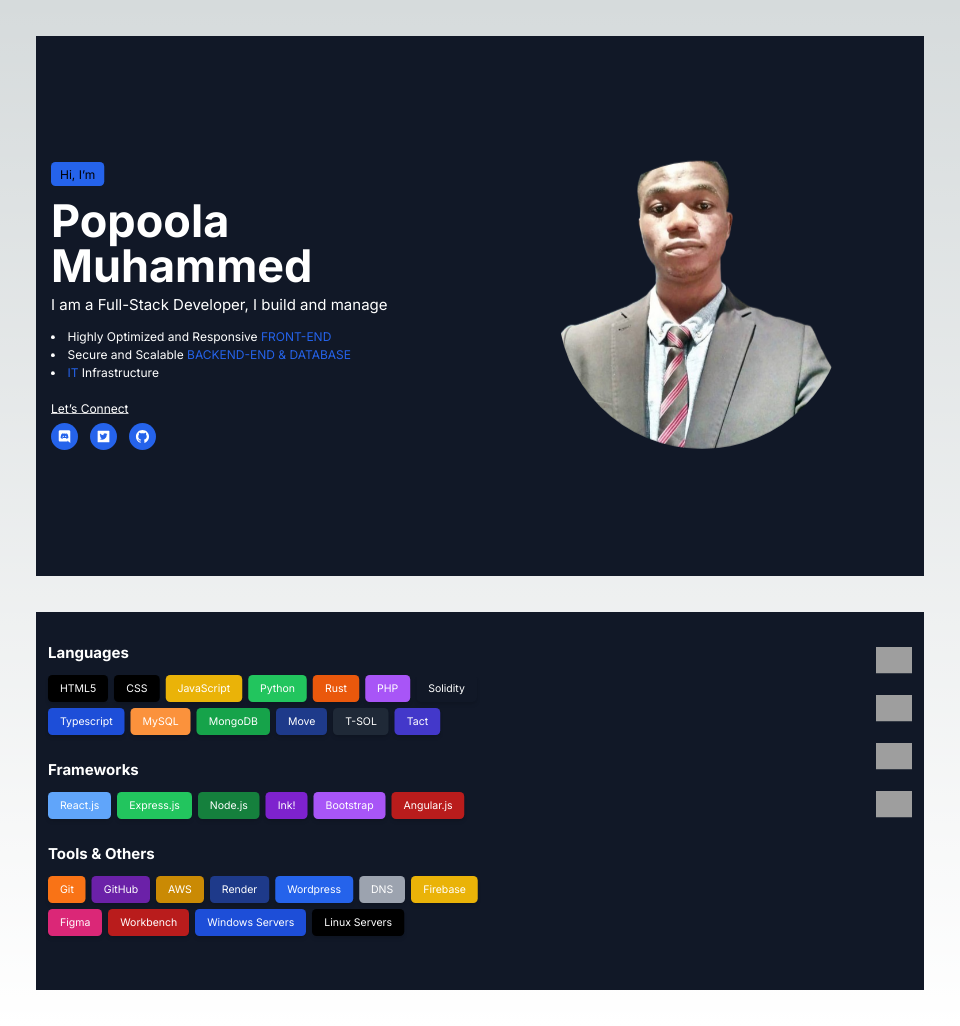
Repository: muhammedctgr/hammedctgr
Page: /
These files come from the project's save history. The page is drawn as it stood at one moment and after a run of saves; the edit follows.
The browser window is 1280 px wide. The pictures show the whole page, at 75% of full size.
Pictures or frames that could not be fetched are drawn as grey boxes. The project was rebuilt for these pictures with package versions that can differ from the ones it lists, and the page was loaded fresh each time. The framework's server and built-in components were replaced by stand-ins that run in the browser. Also part of the build but not shown: next.config.mjs.

Above is the page before, as saved 2024-07-31 12:08:30.

### app/layout.tsx
import type { Metadata } from "next";
import { Inter } from "next/font/google";
import "./globals.css";

const inter = Inter({ subsets: ["latin"] });

export const metadata: Metadata = {
  title: "Popoola Muhammed",
  description: "Generated by create next app",
};

export default function RootLayout({
  children,
}: Readonly<{
  children: React.ReactNode;
}>) {
  return (
    <html lang="en">
      <body className={inter.className}>{children}</body>
    </html>
  );
}

### app/page.tsx
import Head from 'next/head';
import Hero from '../components/Hero';
import SkillsSection from '@/components/SkillsSection';


const Home = () => (
  <div>
    <Head>
      <title>Popoola Muhammed</title>
      <meta name="description" content="Welcome to my developer portfolio" />
    </Head>

    <Hero />
    <SkillsSection />
  </div>
);

export default Home;

### app/globals.css
@tailwind base;
@tailwind components;
@tailwind utilities;

:root {
  --foreground-rgb: 0, 0, 0;
  --background-start-rgb: 214, 219, 220;
  --background-end-rgb: 255, 255, 255;
}

@media (prefers-color-scheme: dark) {
  :root {
    --foreground-rgb: 255, 255, 255;
    --background-start-rgb: 0, 0, 0;
    --background-end-rgb: 0, 0, 0;
  }
}

body {
  color: rgb(var(--foreground-rgb));
  background: linear-gradient(
      to bottom,
      transparent,
      rgb(var(--background-end-rgb))
    )
    rgb(var(--background-start-rgb));
}

@layer utilities {
  .text-balance {
    text-wrap: balance;
  }
}


@keyframes upDown {
  0%, 100% {
    transform: translateY(0);
  }
  50% {
    transform: translateY(-10px); /* Adjust the value as needed */
  }
}

.animate-upDown {
  animation: upDown 2s infinite ease-in-out; /* Adjust duration as needed */
}

### components/Hero.tsx
import Image from 'next/image';
import profilePic from '../public/profile.png';
import { AiFillDiscord, AiFillGithub, AiFillTwitterSquare, AiFillX } from 'react-icons/ai';

const Hero = () => {
  return (
    <section className="bg-gray-900 m-12 text-white min-h-screen flex items-center">
      <div className="container mx-auto flex flex-col md:flex-row items-center">
        <div className="flex-1 text-center md:text-left p-5">
          <div className="inline-block bg-blue-600 text-black py-1 px-3 mb-4 rounded-md">
            Hi, I’m
          </div>
          <h1 className="text-4xl md:text-6xl font-bold">Popoola Muhammed</h1>
          <p className="mt-2 text-lg md:text-xl">I am a Full-Stack Developer, I build and manage</p>
          <ul className="mt-4 list-disc list-inside">
            <li>Highly Optimized and Responsive <span className="text-blue-600">FRONT-END</span></li>
            <li>Secure and Scalable <span className="text-blue-600">BACKEND-END & DATABASE</span></li>
            <li><span className="text-blue-600">IT</span> Infrastructure</li>
          </ul>
          <div className="mt-6">
            <a href="#contact" className=" underline">Let’s Connect</a>
            <div className="mt-2 flex justify-center md:justify-start space-x-4">
              <a href="#" className="bg-blue-600 p-2 rounded-full">
                <AiFillDiscord size={20} />
              </a>
              <a href="#" className="bg-blue-600 p-2 rounded-full">
                <AiFillTwitterSquare size={20} />
              </a>
              <a href="#" className="bg-blue-600 p-2 rounded-full">
                <AiFillGithub size={20} />
              </a>
            </div>
          </div>
        </div>
        <div className="flex-1 p-5">
          <div className="relative w-48 h-48 mx-auto md:w-72 md:h-72 lg:w-96 lg:h-96">
            <Image src={profilePic} alt="Popoola Muhammed" layout="fill" className="rounded-full object-cover animate-upDown" />
          </div>
        </div>
      </div>
    </section>
  );
};

export default Hero;

### components/SkillsSection.tsx
import Image from 'next/image';
import { FC } from 'react';

interface SkillCategory {
  title: string;
  skills: { name: string; color: string; }[];
}

const skills: SkillCategory[] = [
  {
    title: "Languages",
    skills: [
      { name: "HTML5", color: "bg-black" },
      { name: "CSS", color: "bg-black"},
      { name: "JavaScript", color: "bg-yellow-500" },
      { name: "Python", color: "bg-green-500" },
      { name: "Rust", color: "bg-orange-600" },
      { name: "PHP", color: "bg-purple-500" },
      { name: "Solidity", color: "bg-black-500" },
      { name: "Typescript", color: "bg-blue-700" },
      { name: "MySQL", color: "bg-orange-400" },
      { name: "MongoDB", color: "bg-green-600" },
      { name: "Move", color: "bg-blue-900" },
      { name: "T-SOL", color: "bg-gray-800" },
      { name: "Tact", color: "bg-indigo-700" },
    ],
  },
  {
    title: "Frameworks",
    skills: [
      { name: "React.js", color: "bg-blue-400" },
      { name: "Express.js", color: "bg-green-500" },
      { name: "Node.js", color: "bg-green-700" },
      { name: "Ink!", color: "bg-purple-700" },
      { name: "Bootstrap", color: "bg-purple-500" },
      { name: "Angular.js", color: "bg-red-700" },
    ],
  },
  {
    title: "Tools & Others",
    skills: [
      { name: "Git", color: "bg-orange-500" },
      { name: "GitHub", color: "bg-purple-800" },
      { name: "AWS", color: "bg-yellow-600" },
      { name: "Render", color: "bg-blue-900" },
      { name: "Wordpress", color: "bg-blue-600" },
      { name: "DNS", color: "bg-gray-400" },
      { name: "Firebase", color: "bg-yellow-500" },
      { name: "Figma", color: "bg-pink-600" },
      { name: "Workbench", color: "bg-red-700" },
      { name: "Windows Servers", color: "bg-blue-700" },
      { name: "Linux Servers", color: "bg-black" },
    ],
  },
];

const icons = [
  "/icons/html5.svg", // Replace with your icon paths
  "/icons/css3.svg",
  "/icons/javascript.svg",
  "/icons/python.svg",
  // Add the rest of the icons as needed
];

const SkillsSection: FC = () => {
  return (
    <section className="py-10 m-12 bg-gray-900 text-white">
      <div className="container mx-auto px-4 flex flex-col md:flex-row">
        <div className="flex-1">
          {skills.map((category) => (
            <div key={category.title} className="mb-8">
              <h2 className="text-xl font-bold mb-4">{category.title}</h2>
              <div className="flex flex-wrap gap-2">
                {category.skills.map((skill) => (
                  <span
                    key={skill.name}
                    className={`px-4 py-2 rounded-md text-sm ${skill.color} shadow-md`}
                  >
                    {skill.name}
                  </span>
                ))}
              </div>
            </div>
          ))}
        </div>
        <div className="flex-1 flex flex-col items-center md:items-end">
          <div className="grid grid-cols-3 md:grid-cols-1 gap-4">
            {icons.map((src, index) => (
              <div key={index} className="w-12 h-12 relative">
                <Image src={src} alt={`icon-${index}`} layout="fill" objectFit="contain" />
              </div>
            ))}
          </div>
        </div>
      </div>
    </section>
  );
};

export default SkillsSection;

Loaded but not shown: tailwind.config.ts (common file)

After the next 2 saves:
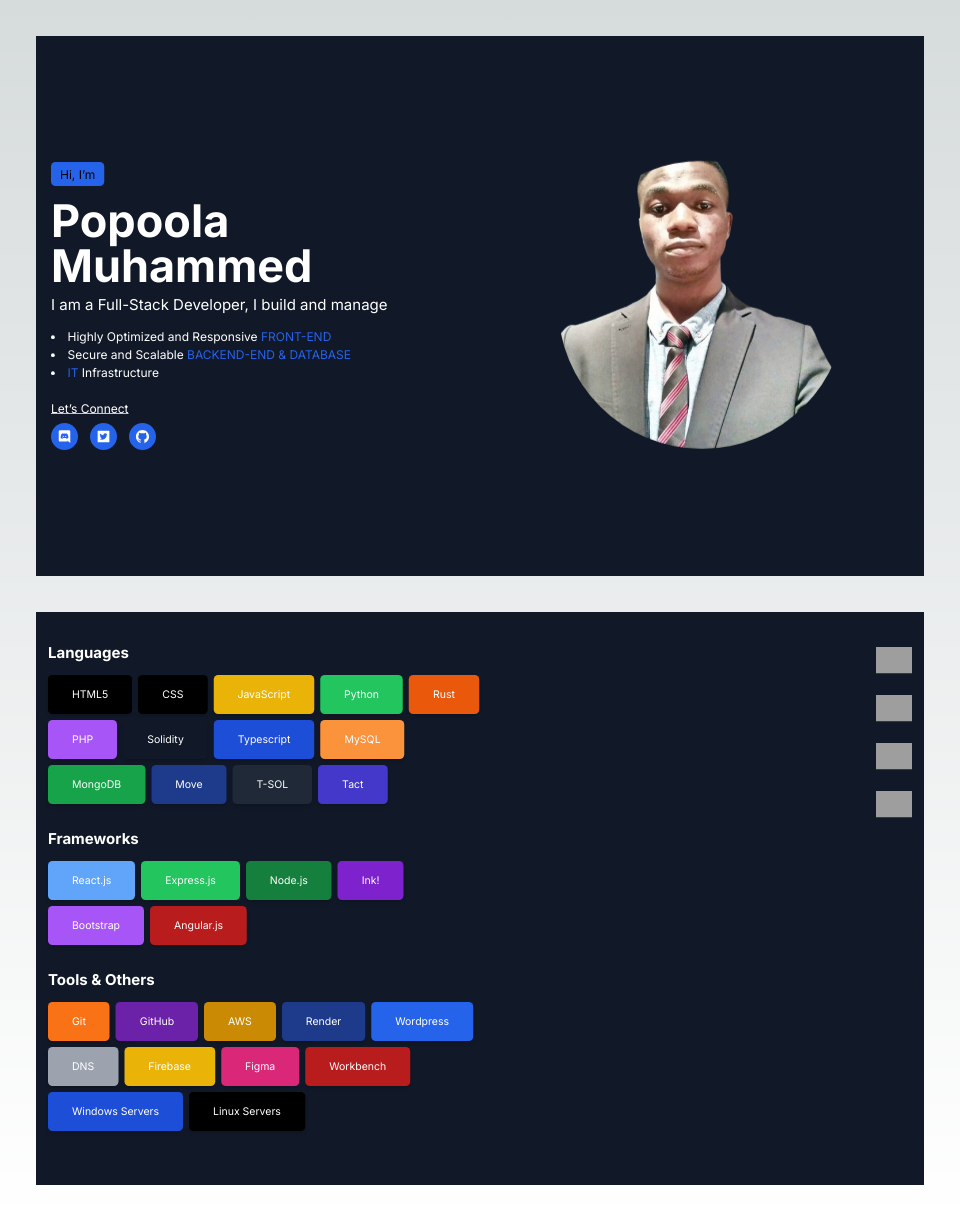
The 2 saves are shown as one change because they came seconds apart.
The last was saved 53 s later.
--- a/components/SkillsSection.tsx
+++ b/components/SkillsSection.tsx
@@ -74,7 +74,7 @@ const SkillsSection: FC = () => {
                 {category.skills.map((skill) => (
                   <span
                     key={skill.name}
-                    className={`px-4 py-2 rounded-md text-sm ${skill.color} shadow-md`}
+                    className={`px-8 py-4 rounded-md text-sm ${skill.color} shadow-md`}
                   >
                     {skill.name}
                   </span>

After the save that followed:
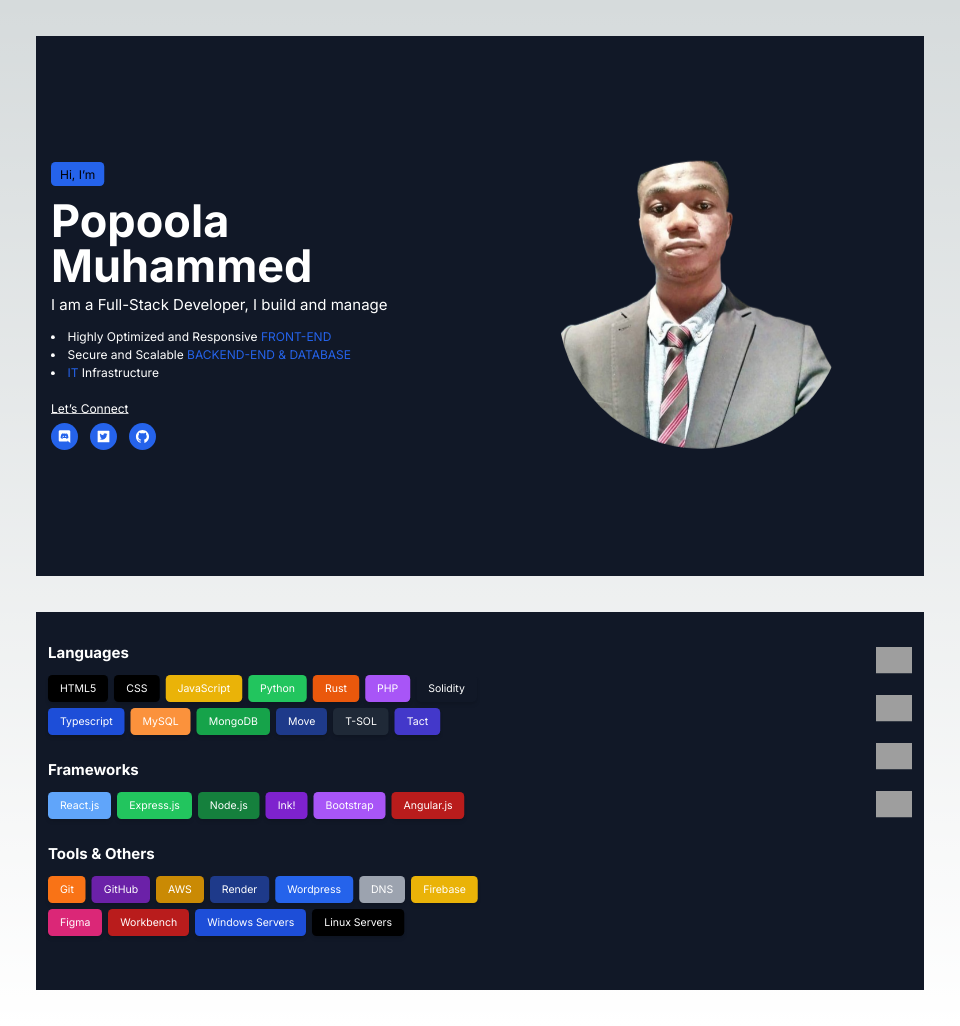
Saved 9 s later.
--- a/components/SkillsSection.tsx
+++ b/components/SkillsSection.tsx
@@ -74,7 +74,7 @@ const SkillsSection: FC = () => {
                 {category.skills.map((skill) => (
                   <span
                     key={skill.name}
-                    className={`px-8 py-4 rounded-md text-sm ${skill.color} shadow-md`}
+                    className={`px-4 py-2 rounded-md text-sm ${skill.color} shadow-md`}
                   >
                     {skill.name}
                   </span>
